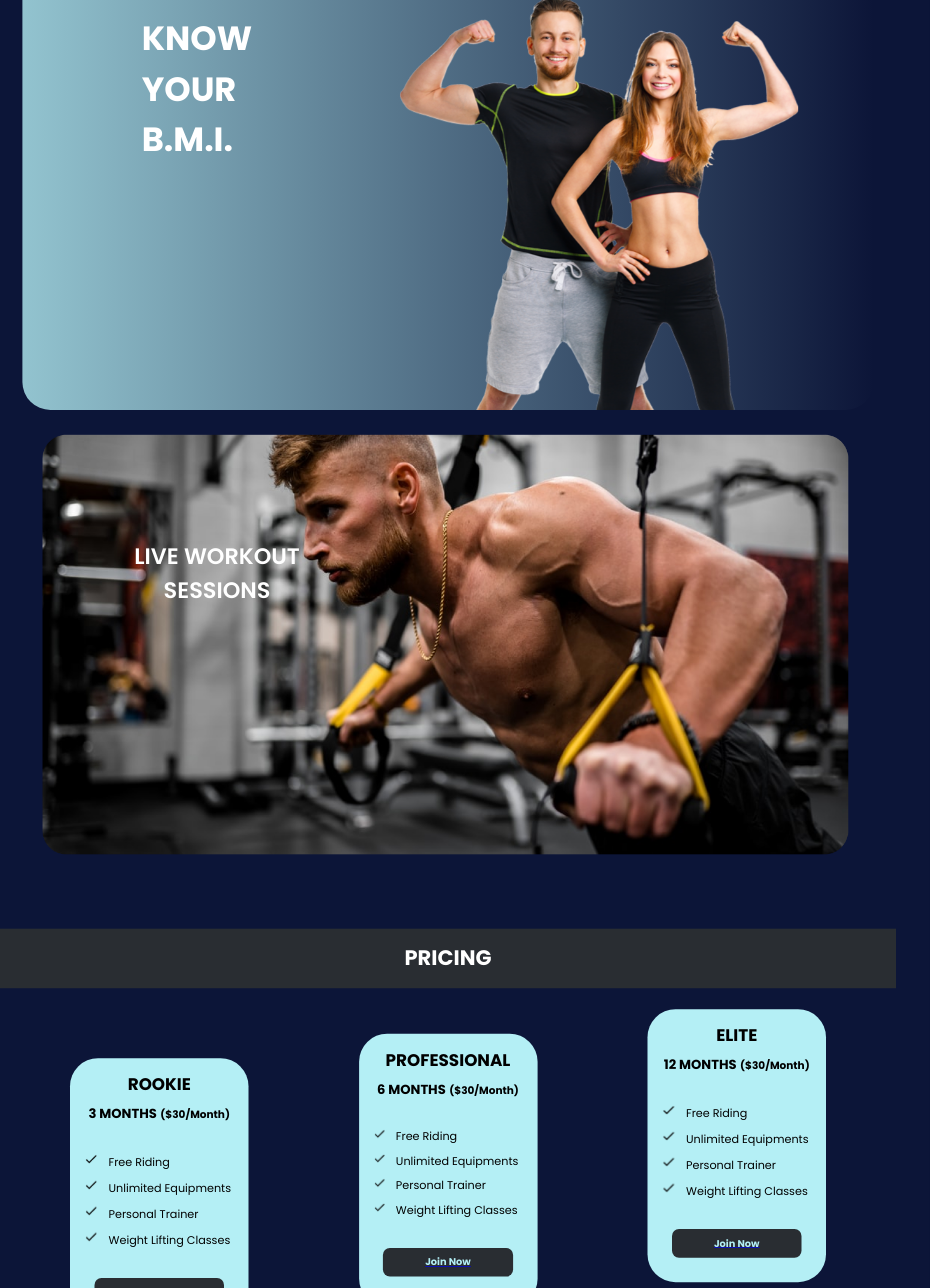
Repository: Rellzcodez/Group1-Team8
Page: index.html
An editor plug-in stored every save of this project. The page is shown before and after the next save, followed by the edit.
The browser window is 1280 px wide. The page is 1328 px wide, so the pictures cover 1328 px, including what lies to the right of the window. The pictures show the part of the page from y = 1954 to 3794 px (the page is 3916 px tall), at 70% of full size.

Above is the page before, as saved 2022-09-05 14:31:21.

### index.html
<!DOCTYPE html>
<html lang="en">
    <head>
        <meta charset="UTF-8" />
        <meta name="viewport" content="width=device-width, initial-scale=1.0" />
        <meta
            name="description"
            content="A description of the page and its contents"
        />
        <title>Fit-A-Goal | Landing Page</title>
        <link rel="icon" type="image/png" sizes="32x32" href="images/favicon-32x32.png">
        <link rel="stylesheet" href="css/style.css" />
    </head>

    <body>
        <header class="primary-header">
            <nav class="navbar">
                <img src="images/fit-a-goal-logo.svg" alt="Fit-A-Goal" id="logo">
                <div class="navigation">
                    <div class="primary-nav">
                        <ul class="nav-links">
                            <li class="home-nav-link"><a href="#">HOME</a></li>
                            <li class="other-nav-link"><a href="#">CHOOSE US</a></li>
                            <li class="other-nav-link"><a href="#">PROGRAM</a></li>
                            <li class="other-nav-link"><a href="#">PRICING</a></li>
                            <li class="other-nav-link"><a href="#">SUPPORT</a></li>
                        </ul>
                    </div>
                    <div class="register-login">
                        <ul class="nav-secondary-links">
                            <li><a href="pages/signup.html">SIGN UP</a></li>
                            <li><a href="pages/signin.html">SIGN IN</a></li>
                        </ul>
                    </div>
                </div>
            </nav>
        </header>
        <main class="landing-page-body">

        <!-- THE ILLUSTRATION SEGMENT -->
            <div class="container-illustration">
                <div class="heading-btn">
                    <div>
                    <h1 class="primary-heading">Once you learn to <span>quit</span>,
                    it becomes an <span>habit</span></h1>
                    <a href="#"><button class="get-started">GET STARTED</button></a>
                    </div>
                </div>
            </div>
            <div class="carousel-circle">
                <a href="#">
                    <div class="tracker active-track"></div></a>
                <a href="#">
                    <div class="tracker"></div>
                </a><a href="#">
                    <div class="tracker"></div>
                </a><a href="#">
                    <div class="tracker"></div>
                </a><a href="#">
                    <div class="tracker"></div>
                </a><a href="#">
                    <div class="tracker"></div>
                </a><a href="#">
                    <div class="tracker"></div>
                </a><a href="#">
                    <div class="tracker"></div>
                </a>
            </div>

        <!-- THE SESSION SEGMENT -->
        <div>
            <section class="session-container">
                <label class="session-lable" for="section"><h3>OUR SESSIONS</h3></label>
                <div class="session-wrapper">
                    <div class="body-building-wrapper">
                    <div class="body-building session-item" >
                        <img src="images/body-building-sess.png" alt="body building">
                    </div>
                    <label class="body-building-lable" for="body building"><h3>BODY BUILDING</h3></label>

                    </div>

                    <div class="muscle-gain-wrapper">
                    <div class="muscle-gain session-item">
                        <img src="images/muscle-gain-sess.png" alt="muscle-gain">
                    </div>
                    <label class="muscle-gain-label" for="muscle gain"><h3>MUSCLE GAIN</h3></label>
                    </div>

                    <div class="weight-loss-wrapper">
                    <div class="weight-loss session-item">
                        <img src="images/weight-loss-sess.png" alt="weight loss">
                    </div>
                    <label class="weight-loss-label" for="weight loss"><h3>MUSCLE GAIN</h3></label>
                    </div>

                </div>
             <label class="see-all-session-lable" for="section"><a href="#"><u>see all sessions <span class="arrow-vector"><img src="images/arrow-vector.png" alt="arrow" width="20px"></span></u></a></label>


            </section>
        </div>

        </main>

        <!-- THE STAY FIT SESSION STARTS HERE -->
<section class="stay-fit-container">
    <h3 class="stay-fit">STAY FIT</h3>
    <div class="stay-fit-wrapper">
        <div class="BMI">
            <h2 class="know-your-bmi">KNOW YOUR B.M.I.</h2>
        </div>
        <div class="stay-fit-illustrator"><img src="images/Stay-fit.png" alt=""></div>
    </div>
</section>
        <!-- THE STAY FIT SESSION ENDS HERE -->


        <!-- THE LIVE WORKOUT SESSION STARTS HERE -->


<div class="live-workout">
    <img src="images/live-session-workout.png" alt="live workout" height="600px" width="100%" >
    <h1 class="live"> LIVE WORKOUT SESSIONS </h1>
    <i class="fa-solid fa-circle-play"></i>
</div>


        <!-- THE LIVE WORKOUT SESSION ENDS HERE -->


        <!-- THE PRICING SECTION STARTS HERE -->

        <div class="pricing">
            <div class="pricing-heading"><h1>PRICING</h1></div>
            <div class="pricing-cards">
                <div class="cards">
                    <h2 class="plan-name">ROOKIE</h2>
                    <h3 class="plan-duration">3 MONTHS<span>($30/Month)</span></h3>
                    <ul class="plan-benefits">
                        <li class="li-benefits"><img src="images/checked.svg" alt="" height="20px">Free Riding</li>
                        <li class="li-benefits"><img src="images/checked.svg" alt="" height="20px">Unlimited Equipments</li>
                        <li class="li-benefits"><img src="images/checked.svg" alt="" height="20px">Personal Trainer</li>
                        <li class="li-benefits"><img src="images/checked.svg" alt="" height="20px">Weight Lifting Classes</li>
                    </ul>
                    <a href="#"><button class="pricing-btn">Join Now</button></a>
                </div>
                <div class="cards professionals">
                    <h2 class="plan-name">PROFESSIONAL</h2>
                    <h3 class="plan-duration">6 MONTHS<span>($30/Month)</span></h3>
                    <ul class="plan-benefits">
                        <li class="li-benefits"><img src="images/checked.svg" alt="" height="18px">Free Riding</li>
                        <li class="li-benefits"><img src="images/checked.svg" alt="" height="18px">Unlimited Equipments</li>
                        <li class="li-benefits"><img src="images/checked.svg" alt="" height="18px">Personal Trainer</li>
                        <li class="li-benefits"><img src="images/checked.svg" alt="" height="18px">Weight Lifting Classes</li>
                    </ul>
                    <a href="#"><button class="pricing-btn">Join Now</button></a>
                </div>
                <div class="cards elite">
                    <h2 class="plan-name">ELITE</h2>
                    <h3 class="plan-duration">12 MONTHS<span>($30/Month)</span></h3>
                    <ul class="plan-benefits">
                        <li class="li-benefits"><img src="images/checked.svg" alt="" height="20px">Free Riding</li>
                        <li class="li-benefits"><img src="images/checked.svg" alt="" height="20px">Unlimited Equipments</li>
                        <li class="li-benefits"><img src="images/checked.svg" alt="" height="20px">Personal Trainer</li>
                        <li class="li-benefits"><img src="images/checked.svg" alt="" height="20px">Weight Lifting Classes</li>
                    </ul>
                    <a href="#"><button class="pricing-btn">Join Now</button></a>
                </div>
            </div>
        </div>

        <!-- THE PRICING SECTION ENDS HERE -->


        <footer class="footer">

        </footer>





        <script src="js/script.js"></script>
    </body>
</html>

### css/style.css
@import url("https://fonts.googleapis.com/css2?family=Poppins:wght@400;600;700;800&display=swap");

:root {
  --white: rgb(255 255 255);
  --denim-blue: rgb(12, 21, 56);
  --baby-blue: rgb(180, 239, 245);
  --black: rgb(0, 0, 0);
  --light-grey: rgb(206, 208, 215);
  --dark-grey: rgba(41, 45, 50, 1);

}

*,
::before,
::after {
  padding: 0;
  margin: 0;
  box-sizing: border-box;
}

button {
  font-family: "Poppins", sans-serif;
}

html {
  font-family: "Poppins", sans-serif;
  background: var(--denim-blue);
}

.primary-header {
  padding: 0 32px 0 36px;
}
#logo {
  height: 159px;
}
.navbar {
  display: flex;
}
.navbar ul {
  list-style: none;
}
.navbar a {
  text-decoration: none;
  color: var(--black);
  font-weight: 700;
}
.navigation {
  display: flex;
  margin: 60px 0 40px 25px;
}
.primary-nav {
  width: 808px;
  height: 55px;
  background: var(--white);
  border-radius: 5px;
  margin-right: 45px;
}
.nav-links {
  display: flex;
  padding: 0;
}
.other-nav-link {
  margin: 15px 60px 10px 0;
}
.home-nav-link {
  background: var(--baby-blue);
  width: 130px;
  height: 45px;
  margin: 5px;
  margin-right: 24px;
  border-radius: 5px;
  border: 1px solid var(--light-grey);
  text-align: center;
  padding: 10px 0;
}
.register-login {
  width: 255px;
  height: 55px;
  background: var(--white);
  border-radius: 5px;
  padding: 0 31px;
}
.nav-secondary-links {
  padding: 15px 0;
  display: flex;
  justify-content: space-between;
}

/* Illustration Hero */
.container-illustration {
  display: flex;
  background-image: linear-gradient(
    to right,
    rgb(180, 239, 245, 0.8),
    rgb(12, 21, 56)
  );
  height: 650px;
  border-radius: 40px;
  margin: 0 32px 25px;
}
.heading-btn {
  background: url(../images/illustration-hero.png) right bottom / 613px 613px
    no-repeat;
  width: 100%;
  padding-left: 140px;
}
.primary-heading {
  font-size: 75px;
  width: 48%;
  color: var(--white);
  line-height: 100px;
  margin: 96px 0 49px;
}
.primary-heading span {
  text-decoration: underline;
  color: var(--baby-blue);
}
.heading-btn a button {
  background: var(--baby-blue);
  border-radius: 10px;
  padding: 10px 132px;
  border: none;
  cursor: pointer;
}
.get-started {
  font-size: 16px;
  font-weight: 800;
}
.carousel-circle {
  display: flex;
  align-items: center;
  justify-content: center;
  margin-bottom: 30px;
}
.tracker {
  width: 10px;
  height: 10px;
  border-radius: 50%;
  background-color: var(--light-grey);
  cursor: pointer;
  margin: 0 5px;
}
.active-track {
  width: 20px;
  height: 20px;
  background: var(--baby-blue);
}
/* Sesseion */
.session-container{
  display: flex;
  flex-direction: column;
  align-items: center;
  height: 57em;
  background-color: var(--baby-blue);
  margin: 36px 32px;
  border-radius: 40px;
  font-family: Poppins;
}
.session-lable {
  position: relative;
  padding-top: 50px;
  font-weight: 700px;
}
.session-wrapper {
  display: flex;
  gap: 42px;
  margin: 49px 46px;
}
.session-item {
  width: 25em;
  height: 37.5em;
  border-radius: 40px;

}
/* body-building and weight loss*/
.body-building-wrapper,.weight-loss-wrapper {
  display: flex;
  flex-direction: column;
  align-items: center;

}
.body-building-lable,.weight-loss-label {
  margin-top: 32px;
  font-weight: 700;
}
/* See all session */
.see-all-session-lable a:active{
  font-weight: 700;
  color: var(--black);
}
.see-all-session-lable a{
  text-decoration: none;
  color: var(--black);
}

.see-all-session-lable{
  font-weight: 700;
}

.arrow-vector{
  margin-left: 2px;
}
/* muscle-gain */
.muscle-gain-wrapper{
  display: flex;
  flex-direction: column;
  align-items: center;

}

.muscle-gain-label{
  margin: 32px;
}

/* Styling of Session Ends Here */
.live-workout{margin: 10px 50px 10px 10px;
  position: relative; left: 50px;
display: flex;
  flex-direction: column;
width: 90%;}
.live{color: var(--white);
  position: relative; bottom: 450px;
  width: 400px;
  padding-left: 100px;
  font-weight: 600;
  text-align: center;
}


/* Stay Fit */
.stay-fit-container{
  display: flex;
  flex-direction: column;
  align-items: center;
  background-image: linear-gradient(
    to right,
    rgb(180, 239, 245, 0.8),
    rgb(12, 21, 56)
  );
  height: 702px;
  border-radius: 40px;
  margin: 33px 32px 34.75px 32px;
  overflow: hidden;
}
.stay-fit{
  font-family: "Poppins", sans-serif;
  color: var(--white);
  padding-top: 63px;
  font-size: 30px;
  font-weight: 700;
  letter-spacing: 7px;
}

.stay-fit-wrapper{
  display: flex;
  justify-content: space-between;
  gap: 130px;
  width: 95%;
}

.BMI{
  padding-top: 28px;
  padding-left: 140px;
  color: var(--white);
  font-family: "Poppins", sans-serif;
  font-size: 32px;
  font-weight: 700;
}
.stay-fit-illustrator img{
  height: 600px;
  border-radius: 40px;
  padding-right: 76.63px;
}

/* live session */
.live-workout{
  margin: 10px;
}

/* Pricing Session */

.pricing-heading{
    background: var(--dark-grey);
    display: flex;
    text-align: center;
    align-items: center;
}
.pricing-heading h1{
    margin: 0 auto;
    padding: 20px 0;
    font-weight: 700;
    font-size: 30px;
    color: var(--white);
}
.pricing-cards{
    display: flex;
    justify-content: space-between;
    margin: 100px 100px 60px;
}
.cards{
    padding: 20px 20px 30px;
    width: 255px;
    height: 390px;
    border-radius: 40px;
    background: var(--baby-blue);
}
.professionals{
    margin-top: -35px;
}
.elite{
    margin-top: -70px;
}
.plan-name{
    text-align: center;
}
.plan-duration{
    margin: 10px auto 40px;
    text-align: center;
}
.plan-duration span{
    font-size: 15px;
    margin-left: 5px;
}
.plan-benefits{
    list-style: none;
    margin-bottom: 22px;
}
.li-benefits{
    margin: 10px auto;
    font-size: 16px;
}
.li-benefits img{
    margin-right: 15px;
}
.cards a{
    display: flex;
    justify-content: center;
}
.pricing-btn{
    font-weight: 700;
    font-size: 14px;
    color: var(--baby-blue);
    background: var(--dark-grey);
    border: none;
    padding: 10px 60px;
    border-radius: 10px;
    cursor: pointer;
    margin-top: 20px;
}

Loaded but not shown: js/script.js (no stored copy; drawn as an empty file)

After the next save:
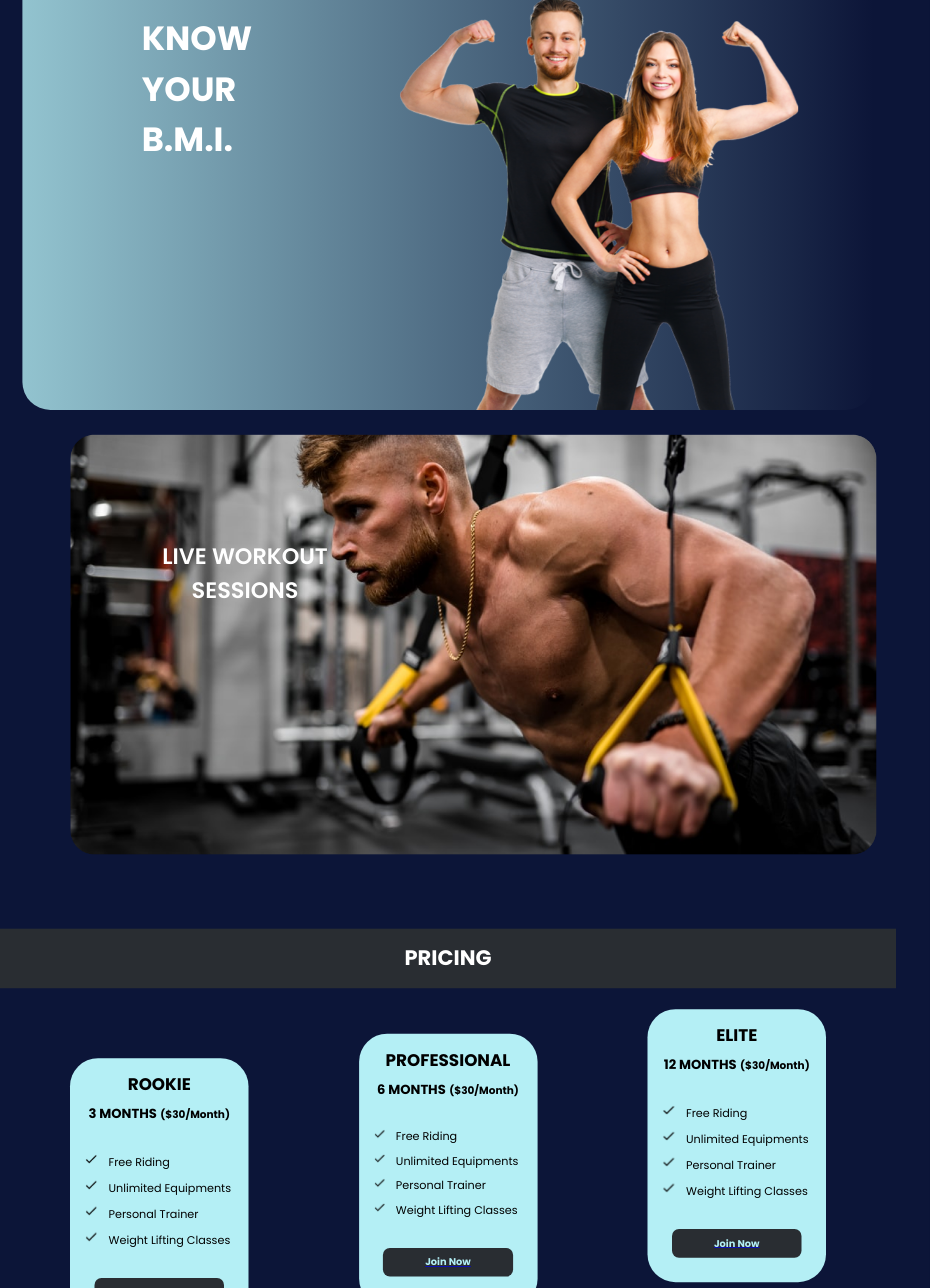
Saved 5 s later.
--- a/css/style.css
+++ b/css/style.css
@@ -274,7 +274,7 @@
 
 /* live session */
 .live-workout{
-  margin: 10px;
+  margin: 10px 50px ;
 }
 
 /* Pricing Session */

After the 2 saves that followed:
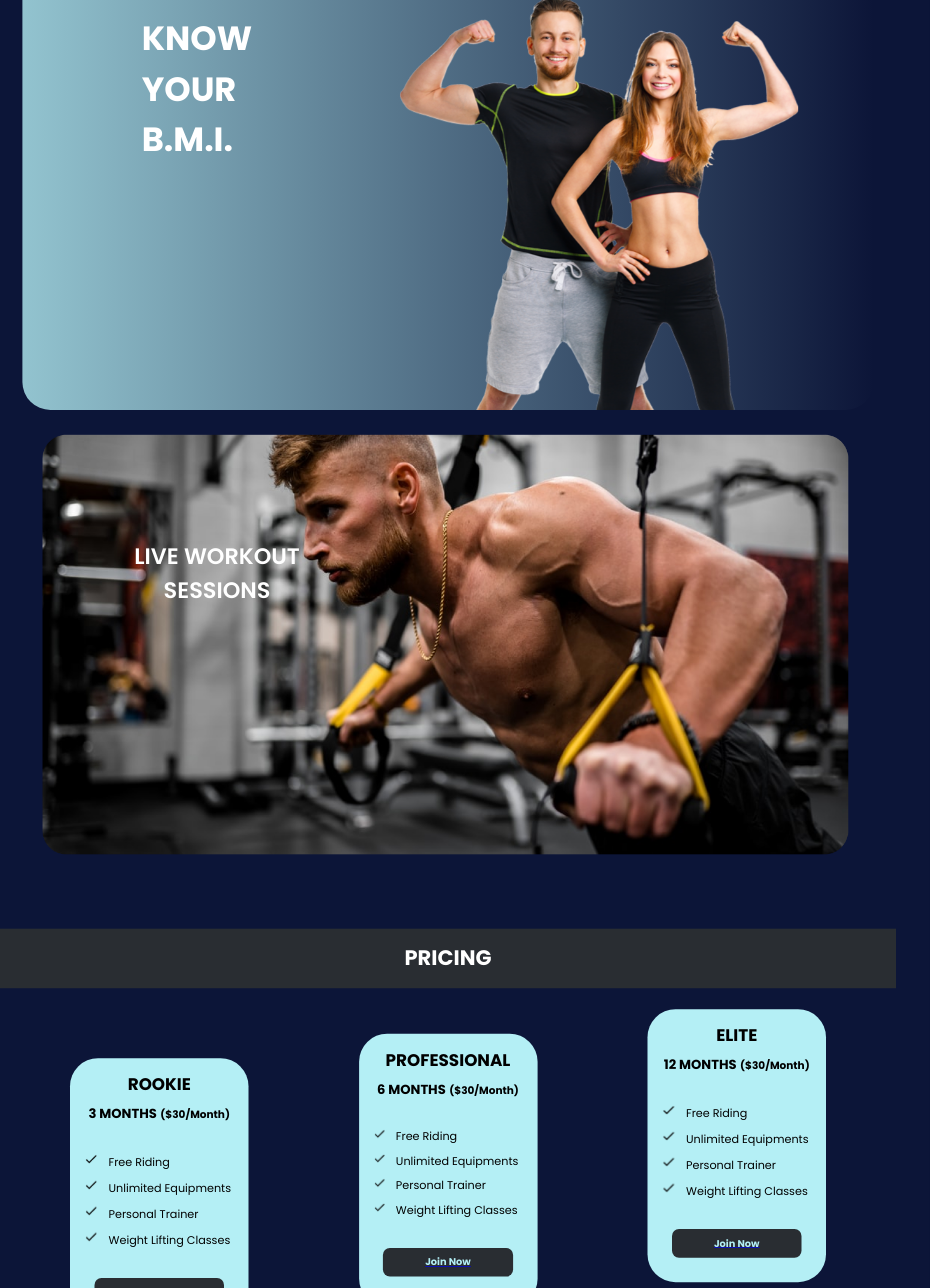
The 2 saves are shown as one change because 1 left the picture as it was.
The last was saved 8 s later.
--- a/css/style.css
+++ b/css/style.css
@@ -274,7 +274,7 @@
 
 /* live session */
 .live-workout{
-  margin: 10px 50px ;
+  margin: 10px 50px 10px 10px;
 }
 
 /* Pricing Session */
